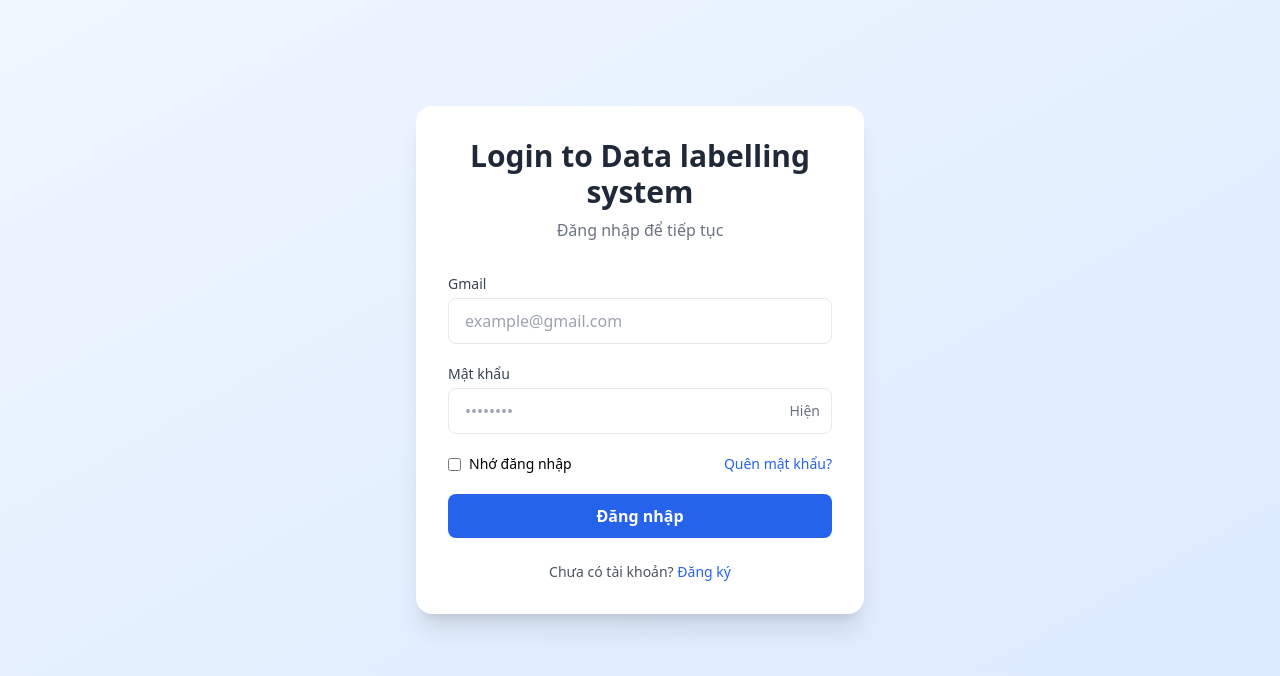
Repository: immanhdung/Frontend_Datalabeling
Page: /
The author's editor kept a copy of each file at every save. The page is drawn from the files as they stood at one save, then again after the next save.
The browser window is 1280 px wide. The pictures show the whole page.
The project was rebuilt for these pictures with package versions that can differ from the ones it lists, and the page was loaded fresh each time. Also part of the build but not shown: vite.config.js, src/pages/Admin/Dashboard.jsx.

Above is the page before, as saved 2026-01-28 20:28:58.

After the next save:
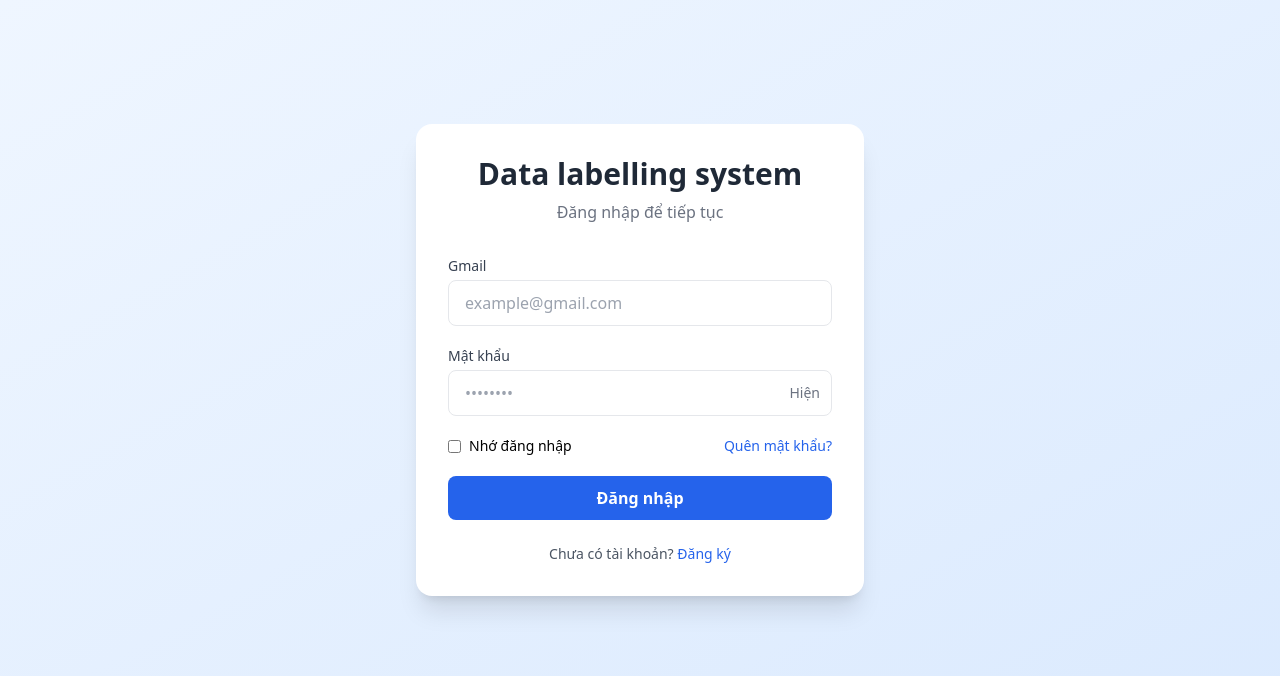
Saved 7 s later.
--- a/src/pages/Login.jsx
+++ b/src/pages/Login.jsx
@@ -8,7 +8,7 @@ export default function Login() {
       <div className="w-full max-w-md bg-white rounded-2xl shadow-xl p-8">
         {/* Title */}
         <h1 className="text-3xl font-bold text-center text-gray-800">
-          Login to Data labelling system
+          Data labelling system
         </h1>
         <p className="text-center text-gray-500 mt-2">
           Đăng nhập để tiếp tục
